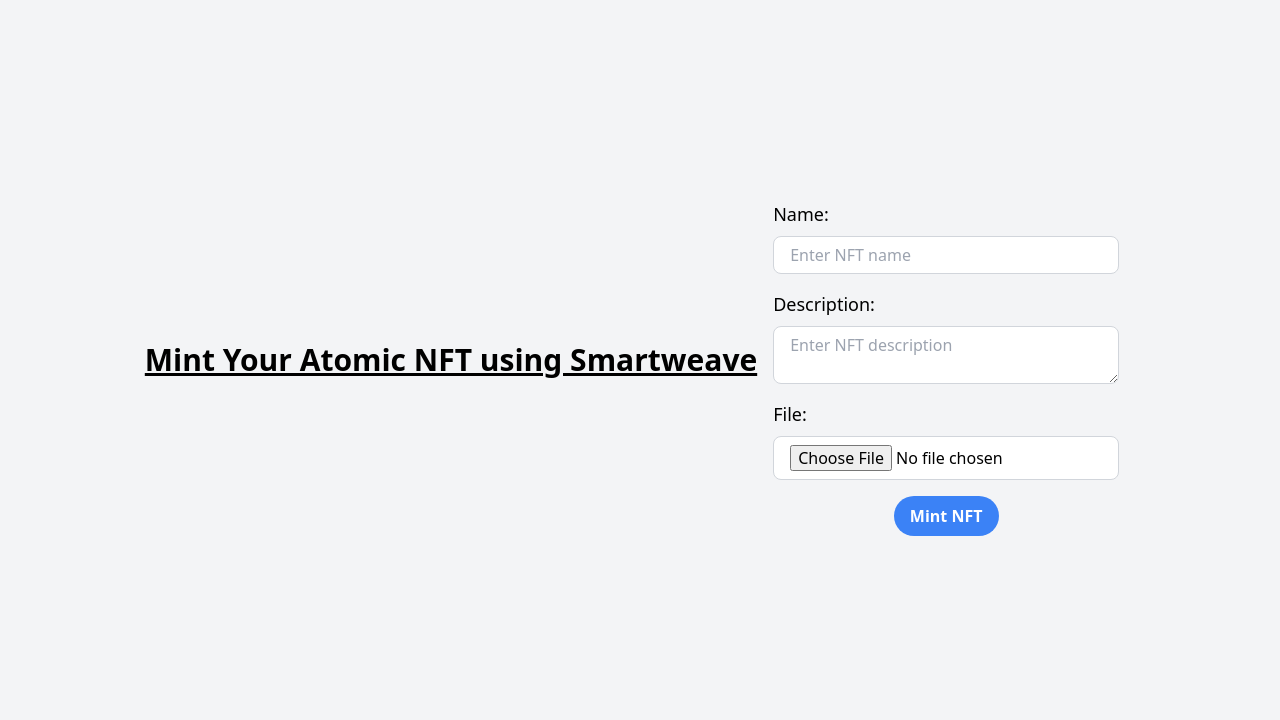
Repository: pawelpiwowarski/arweave-nft
Page: /
The author's editor kept a copy of each file at every save. The page is drawn from the files as they stood at one save, then again after the next save.
The browser window is 1280 px wide. The pictures show the whole page.
The project was rebuilt for these pictures with package versions that can differ from the ones it lists, and the page was loaded fresh each time. The framework's server and built-in components were replaced by stand-ins that run in the browser.

Above is the page before, as saved 2023-01-17 15:17:31.

After the next save:
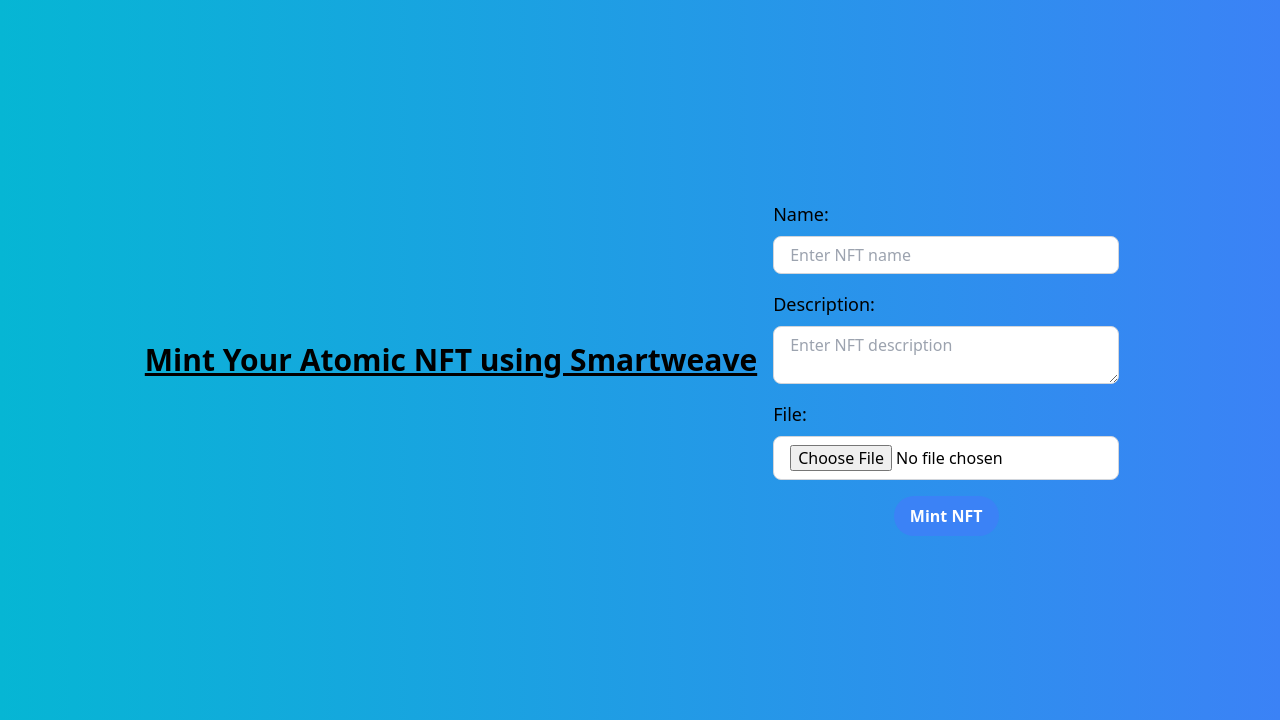
Saved 18 s later.
--- a/pages/index.tsx
+++ b/pages/index.tsx
@@ -29,7 +29,7 @@
   return (
 
        //centered div and apply nice background color
-    <div className=" flex justify-center items-center h-screen bg-gray-100">
+    <div className="bg-gradient-to-r from-cyan-500 to-blue-500 flex justify-center items-center h-screen bg-gray-100">
 
 
       <h1 className="text-3xl font-bold underline" >Mint Your Atomic NFT using Smartweave </h1>
